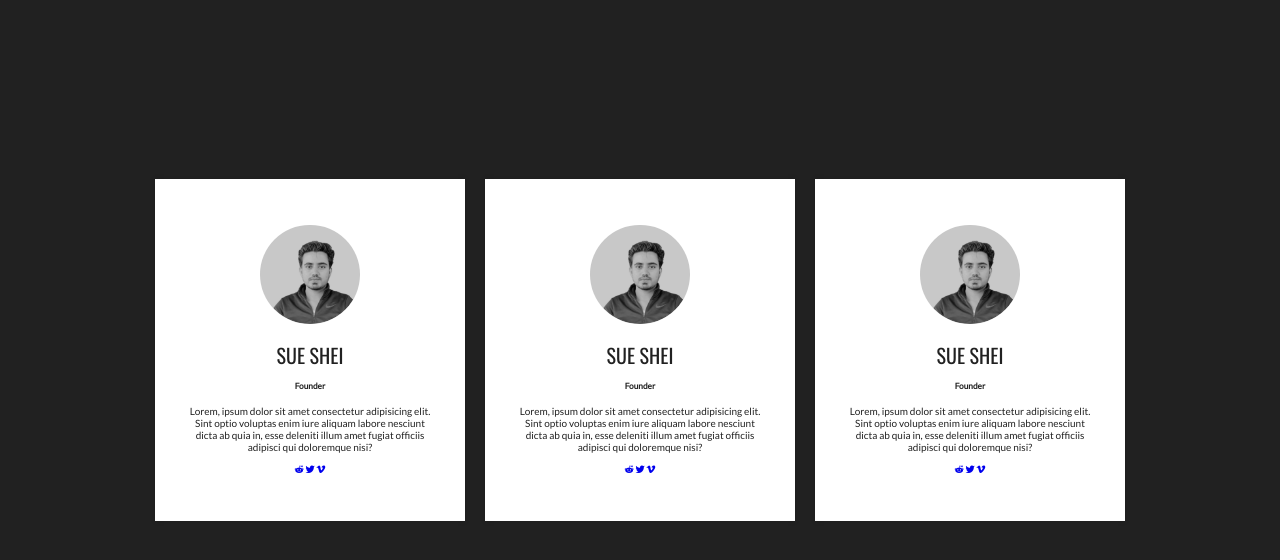
Repository: inzamamahmad3/30-Days-Of-CSS
Page: Day-1/index.html
The author's editor kept a copy of each file at every save. The page is drawn from the files as they stood at one save, then again after the next save.
The browser window is 1280 px wide. The pictures show the whole page.

Above is the page before, as saved 2023-01-03 20:23:08.

After the next save:
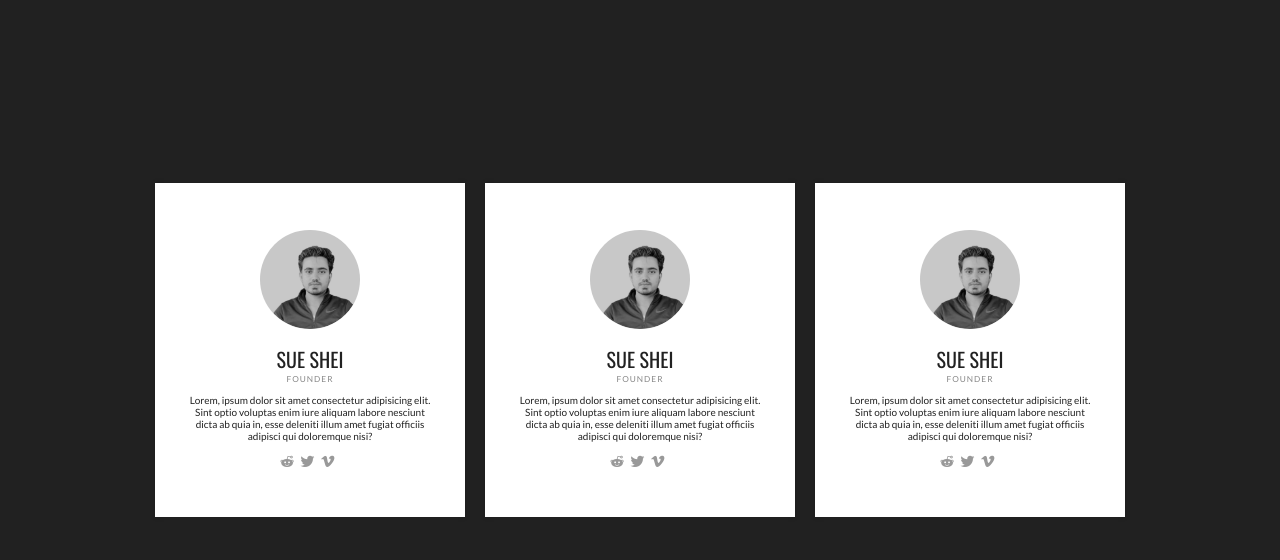
Saved 3 min 11 s later.
--- a/Day-1/styles.css
+++ b/Day-1/styles.css
@@ -51,3 +51,23 @@ body {
   line-height: 24px;
   margin: 3px 0;
 }
+
+.card h5 {
+  font-weight: 400;
+  margin: 0;
+  text-transform: uppercase;
+  color: #888;
+  letter-spacing: 1px;
+}
+.card .icons i {
+  color: #999;
+  display: inline-block;
+  margin-right: 5px;
+  font-size: 1.5em;
+}
+.card .icons i:hover {
+  color: #555;
+}
+.card .icons i a {
+  text-decoration: none;
+}
